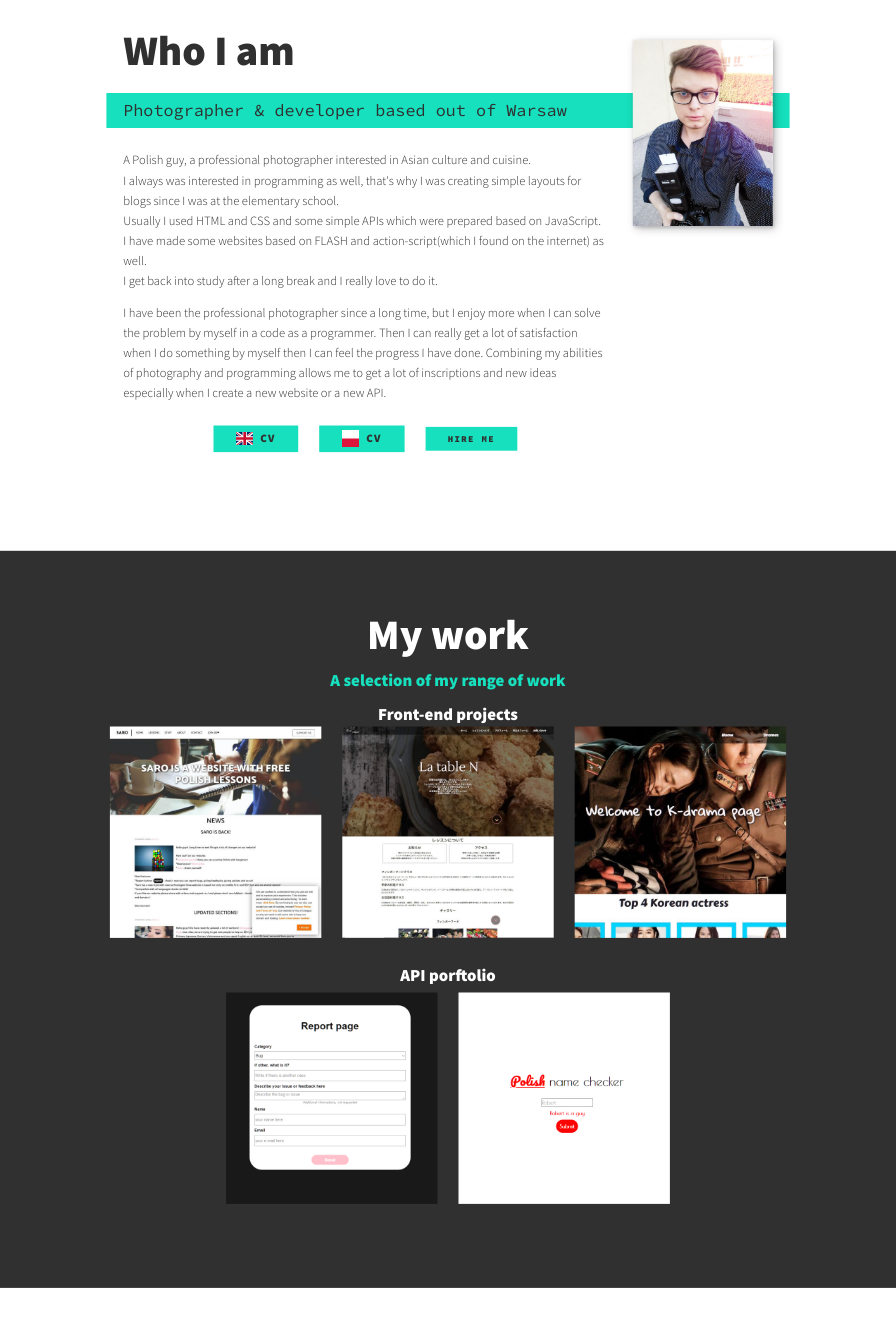
Repository: michalskirobert/michalskirobert.github.io
Page: index.html
The author's editor kept a copy of each file at every save. The page is drawn from the files as they stood at one save, then again after the next save.
The browser window is 1280 px wide. The pictures show the part of the page from y = 1417 to 3337 px (the page is 4452 px tall before and 4481 px after), at 70% of full size.
Some web libraries are served in a nearby version.

Above is the page before, as saved 2020-11-08 19:59:18.
Console error: TypeError: Cannot read properties of null (reading 'addEventListener')

After the next save:
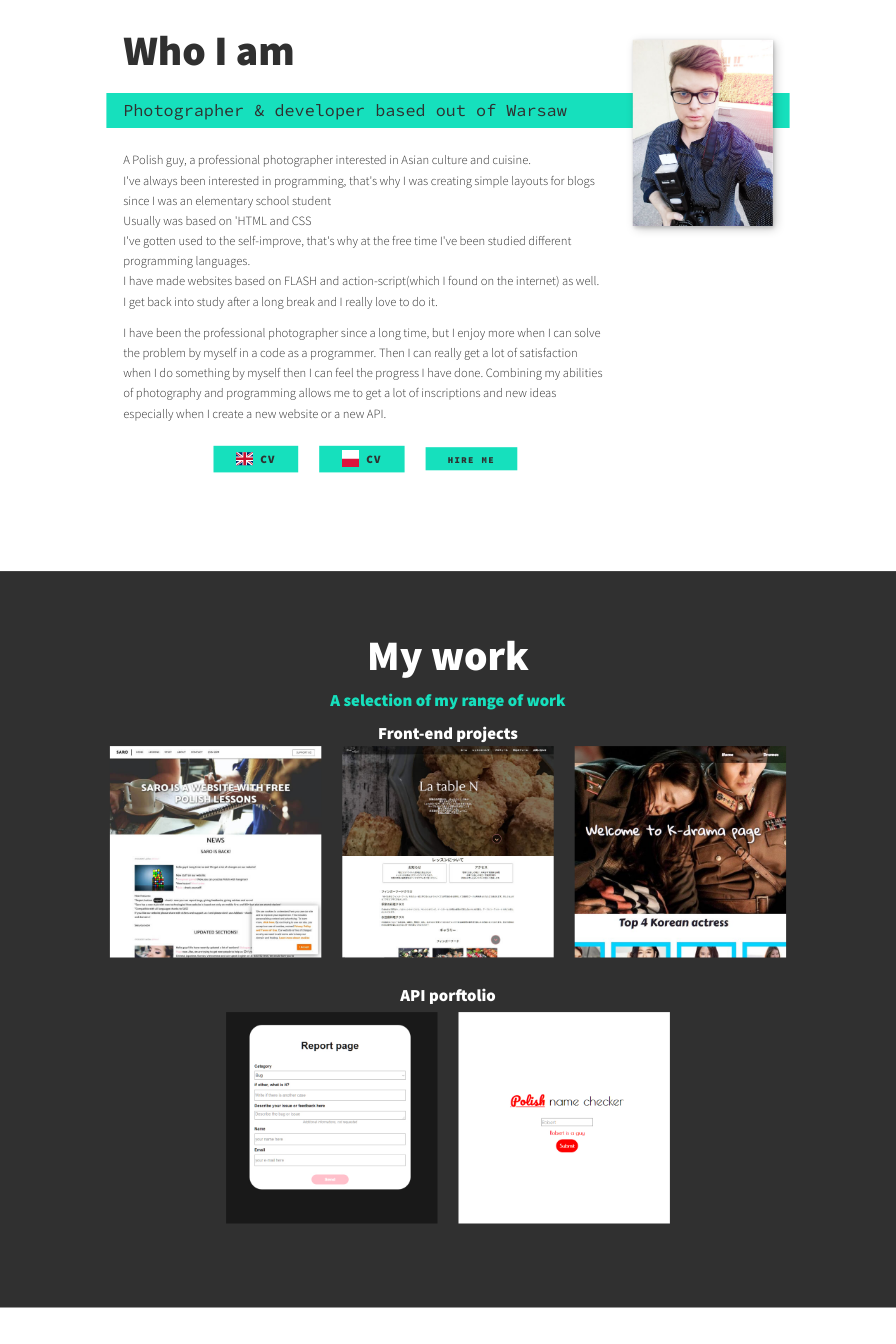
Saved 2 h 48 min later.
--- a/index.html
+++ b/index.html
@@ -114,10 +114,11 @@
 
         <div class="about-me__body">
             <p>A Polish guy, a professional photographer interested in Asian culture and cuisine. <br>
-                I always was interested in programming as well, that's why I was creating simple layouts for blogs since I
-                was at the elementary school. <br>
-                Usually I used HTML and CSS and some simple APIs which were prepared based on JavaScript. <br>
-                I have made some websites based on FLASH and action-script(which I found on the internet) as well. <br>
+                I've always been interested in programming, that's why I was creating simple layouts for blogs since I
+                was an elementary school student <br>
+                Usually was based on 'HTML and CSS <br>
+                I've gotten used to the self-improve, that's why at the free time I've been studied different programming languages. <br>
+                I have made websites based on FLASH and action-script(which I found on the internet) as well. <br>
                 I get back into study after a long break and I really love to do it.
             </p>
             <p>I have been the professional photographer since a long time, but I enjoy more when I can solve the
